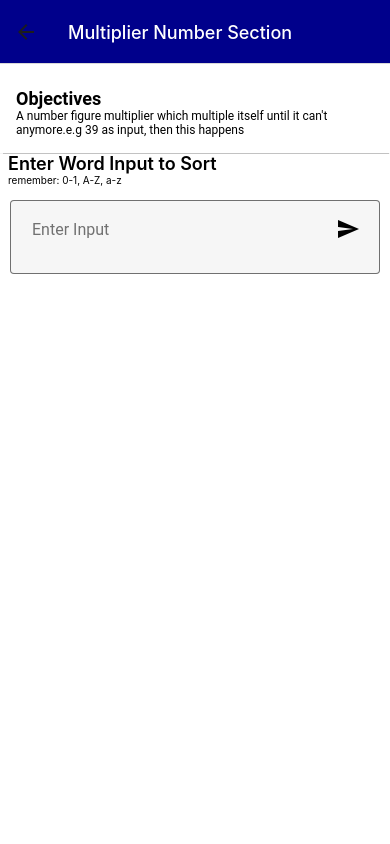
Repository: seyicoded/rn-crazy-algorithm-app
Screen: /Multiplier_number
The author's editor kept a copy of each file at every save. The screen is drawn from the files as they stood at one save, then again after the next save.
The app was drawn by React Native's web renderer in a window 390 px wide. The project was rebuilt for these pictures with package versions that can differ from the ones it lists, and the page was loaded fresh each time. Also part of the build but not shown: src/screens/sort.js, src/screens/filter.js, src/screens/advance.js, src/screens/sorts/Sort_simple_number.js, src/screens/sorts/Sort_alphabet.js, src/screens/filters/Filter_simple_number.js, src/screens/advance/Advance_number.js.

Above is the screen before, as saved 2022-03-30 23:04:28.

### App.js
import 'react-native-gesture-handler';
import { StatusBar } from 'expo-status-bar';
import { StyleSheet, Text, View } from 'react-native';
import Main from './src/main'
export default function App() {
  return (
    <View style={styles.container}>
      <Main />
      <StatusBar style="auto" />
    </View>
  );
}

const styles = StyleSheet.create({
  container: {
    flex: 1,
    backgroundColor: '#fff',
  },
});

### src/main.js
import { View, Text } from 'react-native'
import React from 'react'
import {NavigationContainer} from '@react-navigation/native'
import {createStackNavigator} from '@react-navigation/stack'
import Home from './screens/index'
import Sort from './screens/sort'
import Filter from './screens/filter'
import Advance from './screens/advance'
import Sort_simple_number from './screens/sorts/Sort_simple_number'
import Sort_alphabet from './screens/sorts/Sort_alphabet'
import Filter_simple_number from './screens/filters/Filter_simple_number'
import Advance_number from './screens/advance/Advance_number'
import Multiplier_number from './screens/advance/Multiplier_number'

const StackNav = createStackNavigator()

export default function Main() {
  return (
    <NavigationContainer>
        <StackNav.Navigator>
            <StackNav.Screen name="Home" options={{headerMode: 'none'}} component={Home} />
            <StackNav.Screen name="Filter" options={{headerMode: 'none'}} component={Filter} />
            <StackNav.Screen name="Sort" options={{headerMode: 'none'}} component={Sort} />
            <StackNav.Screen name="Advance" options={{headerMode: 'none'}} component={Advance} />

            {/* sort aspect */}
            <StackNav.Screen name="Sort_simple_number" options={{title: 'Number Sort', headerStyle: {backgroundColor: 'darkblue', color: 'white'}, headerTitleStyle: {color: 'white'}}} component={Sort_simple_number} />
            <StackNav.Screen name="Sort_alphabet" options={{title: 'Alphabet Sort', headerStyle: {backgroundColor: 'darkblue', color: 'white'}, headerTitleStyle: {color: 'white'}}} component={Sort_alphabet} />

            {/* filter aspect */}
            <StackNav.Screen name="Filter_simple_number" options={{title: 'Number Filter', headerStyle: {backgroundColor: 'darkblue', color: 'white'}, headerTitleStyle: {color: 'white'}}} component={Filter_simple_number} />
            <StackNav.Screen name="Advance_number" options={{title: 'Advance Number Section', headerStyle: {backgroundColor: 'darkblue', color: 'white'}, headerTitleStyle: {color: 'white'}}} component={Advance_number} />
            <StackNav.Screen name="Multiplier_number" options={{title: 'Multiplier Number Section', headerStyle: {backgroundColor: 'darkblue', color: 'white'}, headerTitleStyle: {color: 'white'}}} component={Multiplier_number} />
        </StackNav.Navigator>
    </NavigationContainer>
  )
}

### src/screens/index.js
import { View, Text, StyleSheet, FlatList, TouchableOpacity } from 'react-native'
import React, {useState, useEffect, useRef} from 'react'
import Header from '../layout/header'
import { List, Avatar, Card, Title, Paragraph, Button } from 'react-native-paper';

const data = [
    {
        id: 'Sort',
        image: 'https://picsum.photos/700',
        title: 'Sort',
    },
    {
        id: 'Filter',
        image: 'https://picsum.photos/700',
        title: 'Filter',
    },
    {
        id: 'Advance',
        image: 'https://picsum.photos/700',
        title: 'Advance',
    },
]

export default function Index({route, navigation}) {
    const [color, setColor] = useState('darkblue');
    var timer = null;
    var ColorChanger = useRef('darkblue');


    useEffect(()=>{
        timer = setInterval(()=>{
            // console.log('.')
            ColorChanger.current = (ColorChanger.current == 'darkblue') ? 'darkred' : 'darkblue';
            setColor(ColorChanger.current);
        }, 1000);
        return ()=>{
            clearInterval(timer);
        }
    }, [])

    const styles = StyleSheet.create({
        container: {
          flex: 1,
          width: '100%',
          backgroundColor: '#fff',
        },
        header: {
            fontSize: 16,
            textAlign: 'center',
            marginTop: 20,
            marginBottom: 20,
            color: color,
            fontWeight: '700',
        },
        list: {
            width: '100%',
        },
        card: {
            // backgroundColor: 'red',
            margin: 20,
            shadowColor: '#000',
            shadowOffset: { width: 0, height: 2 },
            shadowOpacity: 0.8,
            elevation: 4
        }
    });

    return (
        <View style={styles.container}>
            <Header title="Home" visible={false} navigation={navigation} />
            <Text style={styles.header}>Let's Prep Shall We</Text>

            <FlatList
                data={data}
                style={styles.list}
                renderItem={({ item }) => {
                    return (
                        <TouchableOpacity onPress={() => navigation.navigate(item.id, {title: item.title})}>
                            <Card style={styles.card}>
                                <Card.Cover source={{ uri: item.image }} />
                                {/* <Card.Actions style={{justifyContent: 'center'}}>
                                    <Button onPress={()=>navigation.navigate(item.id)}>{item.title}</Button>

                                </Card.Actions> */}

                                <Card.Content style={{justifyContent: 'center'}}>
                                    <Title style={{textAlign: 'center', marginTop:12, color: 'darkblue'}}>{item.title}</Title>
                                </Card.Content>
                            </Card>
                        </TouchableOpacity>
                    )
                }}
                numColumns={1}
            />

            {/* <Card>
                <Card.Cover source={{ uri: 'https://picsum.photos/700' }} />

                <Card.Content>
                    <Title>Card title</Title>
                </Card.Content>
            </Card> */}

        </View>
    )
}

### src/screens/advance/Multiplier_number.js
import { StyleSheet, Text, View, TouchableOpacity, Pressable, Keyboard, ScrollView } from 'react-native'
import React from 'react'
import { Banner, RadioButton, TextInput } from 'react-native-paper';
import {Ionicons} from '@expo/vector-icons'

export default function Multiplier_number() {
    const [value, setValue] = React.useState('ascending');
    const [byWhat, setbyWhat] = React.useState('letter');
    const [unsortedVal, setunsortedVal] = React.useState('');
    const [sortedVal, setsortedVal] = React.useState([]);

    const sort = async() => {
        if(byWhat == 'letter'){
            var unsorted = unsortedVal.split('');
            console.log('unsorted', unsorted);

            if(value == 'ascending'){
                // ascending order
                for(var i = 0; i < unsorted.length; i++){
                    for(var j = i ; j > 0 ;j--){
                        if(unsorted[j] < unsorted[j-1]){
                            var temp = unsorted[j];
                            unsorted[j] = unsorted[j-1];
                            unsorted[j-1] = temp;
                        }
                    }
                }
            }else if(value == 'descending'){
                for(var i = 0; i < unsorted.length; i++){
                    for(var j = i ; j > 0 ;j--){
                        if(unsorted[j] > unsorted[j-1]){
                            var temp = unsorted[j];
                            unsorted[j] = unsorted[j-1];
                            unsorted[j-1] = temp;
                        }
                    }
                }
            }

            setsortedVal(unsorted);

        }else{
            // sort by words
            var unsorted = unsortedVal.split(' ');
            console.log('unsorted', unsorted);

            if(value == 'ascending'){
                // ascending order
                for(var i = 0; i < unsorted.length; i++){
                    for(var j = i ; j > 0 ;j--){
                        if(unsorted[j].substring(0, 1) < unsorted[j-1].substring(0, 1)){
                            var temp = unsorted[j];
                            unsorted[j] = unsorted[j-1];
                            unsorted[j-1] = temp;
                        }
                    }
                }
            }else if(value == 'descending'){
                for(var i = 0; i < unsorted.length; i++){
                    for(var j = i ; j > 0 ;j--){
                        if(unsorted[j].substring(0, 1) > unsorted[j-1].substring(0, 1)){
                            var temp = unsorted[j];
                            unsorted[j] = unsorted[j-1];
                            unsorted[j-1] = temp;
                        }
                    }
                }
            }

            setsortedVal(unsorted);

        }
    }

  return (
      <Pressable onPress={()=>{Keyboard.dismiss()}} style={{flex: 1,}}>
        <ScrollView style={styles.container}>
            <Banner
                visible={true}
                actions={[
                ]}
                >
                    <View>
                        <Text style={{fontWeight: '600', fontSize: 18}}>Objectives</Text>
                        <Text />
                        <Text style={{fontSize: 12}}>
                            A number figure multiplier which multiple itself until it can't anymore.
                            <Text>e.g 39 as input, then this happens</Text>
                        </Text>
                    </View>
            </Banner>

            <Text />

            <Text style={styles.title_element}>Enter Word Input to Sort</Text>
            <Text style={{fontSize: 10, marginLeft: 8}}>remember: 0-1, A-Z, a-z</Text>

            <TextInput
                label='Enter Input'
                mode='outlined'
                style={styles.input}
                value={unsortedVal}
                multiline={true}
                keyboardType='ascii-capable'
                returnKeyType='done'
                right={<TextInput.Icon forceTextInputFocus={false} onPress={()=>sort()} style={{zIndex: 999}} name="send" />}
                onChangeText={text => setunsortedVal(text)}
            />

            <Text />

            {
                sortedVal.length > 0 ?
                <View>
                    <Text style={[styles.title_element, {marginTop: 14}]}>Sorted Output</Text>
                    <Text style={styles.sorted_output}>{
                        (byWhat == 'letter') ? sortedVal.join('') : sortedVal.join(' ')

                    }</Text>
                </View>
                :<></>
            }
        </ScrollView>
    </Pressable>
  )
}

const styles = StyleSheet.create({
    container: {
        flex: 1,
        backgroundColor: '#fff',
    },
    title_element: {
        fontWeight: '600',
        fontSize: 18,
        paddingLeft: 8
    },
    radio: {
        flexDirection: 'row',
        justifyContent: 'space-between',
        alignItems: 'center',
        marginHorizontal: 10,
        backgroundColor: 'rgba(0, 0, 0, 0.05)',
        paddingHorizontal: 8,
    },
    input: {
        marginHorizontal: 10,
        marginVertical: 8,
        // backgroundColor: 'rgba(0, 0, 0, 0.05)',
        paddingHorizontal: 8,
        zIndex: 99
    },
    sorted_output: {
        margin: 20,
        backgroundColor: 'rgba(0, 0, 0, 0.05)',
        padding: 10,
        fontSize: 18,
    }
})

### src/layout/header.js
import { View, Text } from 'react-native'
import React, {useState, useEffect} from 'react'
import { Appbar } from 'react-native-paper';

export default function Header({title, visible, navigation}) {
    // const [visible, setVisible] = useState(false);

    if(visible){
        return (
            <Appbar.Header style={{backgroundColor: 'darkblue'}}>
                {
                    (visible) ?
                    <Appbar.BackAction onPress={()=>navigation.goBack()} />
                    :<></>
                }
                <Appbar.Content title={title} />
            </Appbar.Header>
          )
    }else{
        return (
            <Appbar.Header style={{backgroundColor: 'darkblue'}}>
                <Appbar.Content title={title} />
            </Appbar.Header>
          )
    }

}

After the next save:
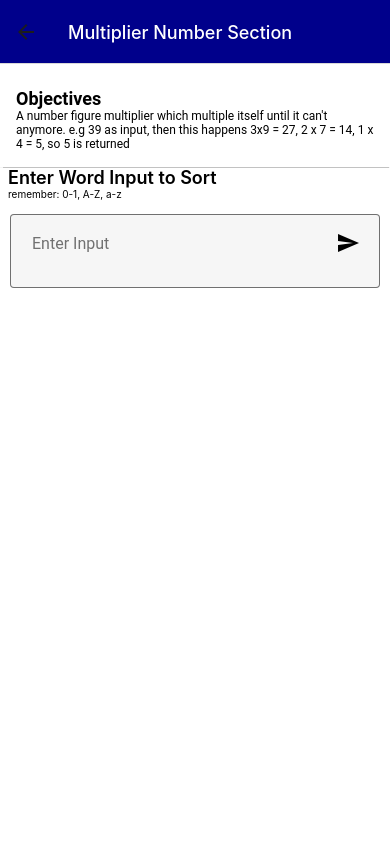
Saved 102 s later.
--- a/src/screens/advance/Multiplier_number.js
+++ b/src/screens/advance/Multiplier_number.js
@@ -85,7 +85,7 @@ export default function Multiplier_number() {
                         <Text />
                         <Text style={{fontSize: 12}}>
                             A number figure multiplier which multiple itself until it can't anymore.
-                            <Text>e.g 39 as input, then this happens</Text>
+                            <Text> e.g 39 as input, then this happens 3x9 = 27, 2 x 7 = 14, 1 x 4 = 5, so 5 is returned </Text>
                         </Text>
                     </View>
             </Banner>
